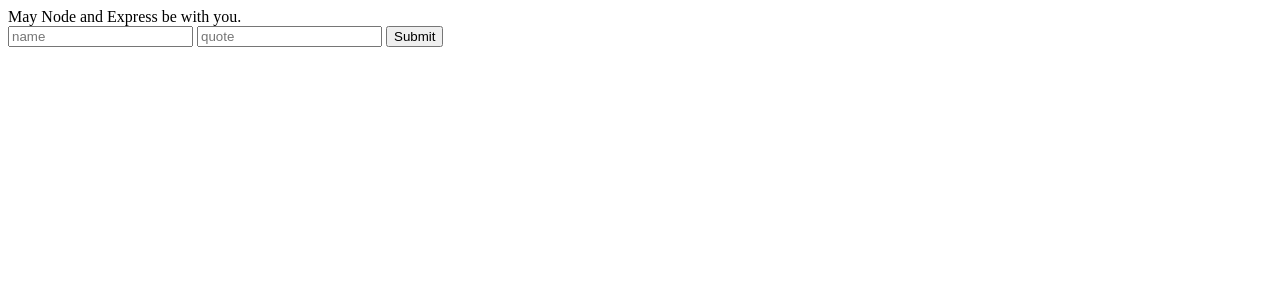
Repository: devsweeting/Express-MongoDb-Practice
Page: http://localhost/
The author's editor kept a copy of each file at every save. The page is drawn from the files as they stood at one save, then again after the next save.
The browser window is 1280 px wide. The pictures show the whole page.
The page is served by the project's Node server (server.js). Queries for data that is not in the repository find no rows.

Above is the page before, as saved 2019-04-28 22:17:11.

### index.html
<!DOCTYPE html>
<html lang="en">
    <head>
        <meta charset="UTF-8">
        <title>Crud/Express/Mongo</title>
    </head>
    <body>
        May Node and Express be with you.

        <form action="/quotes" method="POST">
            <input type="text" placeholder="name" name="name">
            <input type="text" placeholder="quote" name="quote">
            <button type="submit">Submit</button>
        </form>
    </body>
</html>

### server.js
const express = require('express');
const bodyParser = require('body-parser')
const MongoClient = require('mongodb').MongoClient
const app = express();

var db
var user = encodeURI('dev_sweets')
var password = encodeURI('naynay%4076')

MongoClient.connect(`mongodb+srv://${user}:${password}@mongodb-practice-ns9s9.mongodb.net/test?retryWrites=true`, (err, client) => {
    if (err) return console.log(err)
    db = client.db('MongoDb-Practice')
    app.listen(3000, () => {
        console.log('listening on 3000')
    })
})

app.set('view engine', 'ejs')
app.use(bodyParser.urlencoded({extended: true}))



app.get('/', (req, res) => {
    db.collection('qoutes').find().toArray((err, result) =>{
        if (err) return console.log(err)
        console.log(result)
    })
    res.sendFile(__dirname + '/index.html')
    var cursor = db.collection('qoutes').find()
})



app.post('/quotes', (req, res) => {
    db.collection('quotes').save(req.body, (err, result) => {
        if (err) return console.log(err)

        console.log('saved to database')
        res.redirect('/')
    })
})

### views/index.ejs
<!DOCTYPE html>
<html lang="en">

<head>
    <meta charset="UTF-8">
    <title>Crud/Express/Mongo</title>
</head>

<body>
    May Node and Express be with you.

    <ul class="quotes">
        <% for(var i=0; i<quotes.length; i++) {%>
        <li class="quote">
            <span><%= quotes[i].name %></span>
            <span><%= quotes[i].quote %></span>
        </li>
        <% } %>
    </ul>

    <form action="/quotes" method="POST">
        <input type="text" placeholder="name" name="name">
        <input type="text" placeholder="quote" name="quote">
        <button type="submit">Submit</button>
    </form>
</body>

</html>

After the next save:
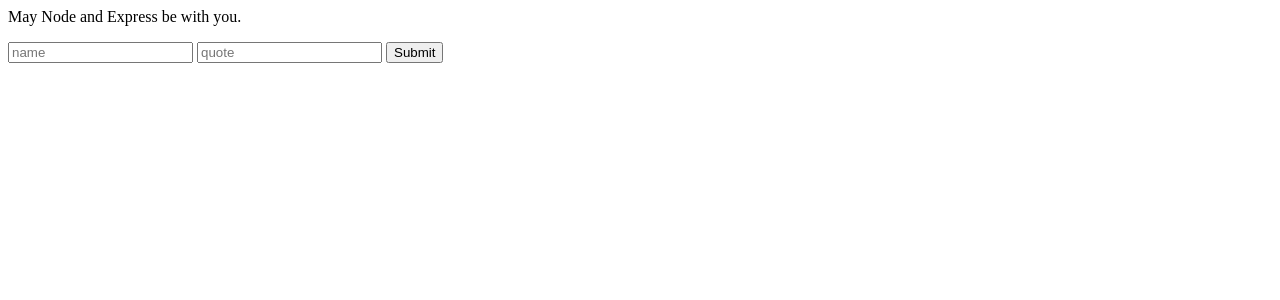
Saved 117 s later.
--- a/server.js
+++ b/server.js
@@ -21,12 +21,11 @@
 
 
 app.get('/', (req, res) => {
-    db.collection('qoutes').find().toArray((err, result) =>{
+    db.collection('quotes').find().toArray((err, result) => {
         if (err) return console.log(err)
-        console.log(result)
+        // renders index.ejs
+        res.render('index.ejs', { quotes: result })
     })
-    res.sendFile(__dirname + '/index.html')
-    var cursor = db.collection('qoutes').find()
 })
 
 
